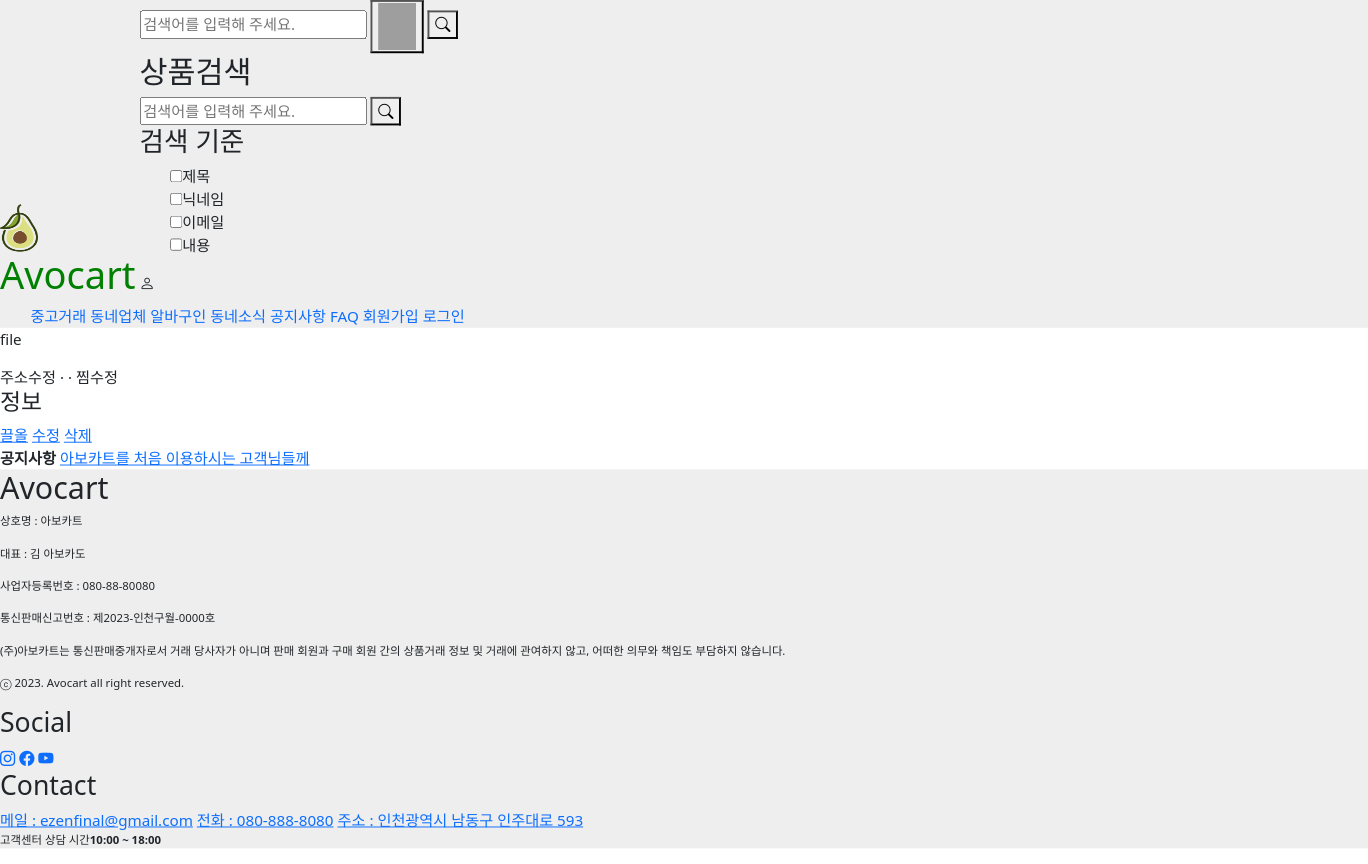
Repository: kimms0311/finalProject
Page: http://localhost/finalProject/WEB-INF/views/store/detail.jsp
These files come from the project's save history. The page is drawn as it stood at one moment and after the next save; the edit follows.
The browser window is 1280 px wide. The page is 1440 px wide, so the pictures cover 1440 px, including what lies to the right of the window. The pictures show the whole page, at 95% of full size.
Pictures or frames that could not be fetched are drawn as grey boxes. The page is served by Tomcat 9. Nobody is signed in. Other server files are loaded and not shown. The template is opened directly, without the code that normally fills it, so the values that code supplies are empty.

Above is the page before, as saved 2023-11-22 11:37:41.

### finalProject/src/main/webapp/WEB-INF/views/store/detail.jsp
<%@ page language="java" contentType="text/html; charset=UTF-8"
    pageEncoding="UTF-8"%>
<%@ taglib prefix="c" uri="http://java.sun.com/jsp/jstl/core"%>
<%@ taglib prefix="fn" uri="http://java.sun.com/jsp/jstl/functions" %>
<!DOCTYPE html>
<html>
<head>
<meta charset="UTF-8">
<title>Store Detail</title>
</head>
<body class="bodyContainer">
<jsp:include page="../common/header.jsp" />
<c:set value="${sdto.pvo }" var="svo"></c:set>
<!-- 사진 -->
 <c:set value="${sdto.flist }" var="flist"></c:set>
 <div>
 <label>file</label>
 	<ul>
 		<c:forEach items="${flist }" var="fvo">
 			<li>
 				<c:choose>
 					<c:when test="${fvo.fileType > 0 }">
 						<div>
 							<img alt="없음." src="/upload/product/${fn:replace(fvo.saveDir,'\\','/')}/${fvo.uuid}_${fvo.fileName}">
 						</div>
 					</c:when>
 					<c:otherwise>
  					</c:otherwise>
 				</c:choose>
 			</li>
 		</c:forEach>
 	</ul>
 </div>

<div>
	<div>${svo.proTitle}</div>
	<div>주소수정 · ${svo.proMenu} · 찜수정</div>
</div>

<div>
<section>
<h4>정보</h4>
<div style="white-space:pre;">${svo.proContent}</div>
</section>
</div>

<a href="/store/repost?bno=${svo.proBno }">끌올</a>
<a href="/store/modify?bno=${svo.proBno }">수정</a>
<a href="/store/remove?bno=${svo.proBno }" id="delBtn">삭제</a>
<script type="text/javascript" src="/resources/js/storeBoardDetail.js"></script>
<jsp:include page="../common/footer.jsp" />
</body>
</html>

### finalProject/src/main/webapp/WEB-INF/views/common/header.jsp
<%@ page language="java" contentType="text/html; charset=UTF-8"
    pageEncoding="UTF-8"%>
<%@ taglib uri="http://java.sun.com/jsp/jstl/core" prefix="c"%>
<%@ taglib uri="http://www.springframework.org/security/tags" prefix="sec" %>
<!DOCTYPE html>
<html>
<head>
<meta charset="UTF-8">
<title>Insert title here</title>
<link rel="stylesheet" href="../resources/css/page.css">
<link href="https://cdn.jsdelivr.net/npm/bootstrap@5.3.1/dist/css/bootstrap.min.css" rel="stylesheet" integrity="sha384-4bw+/aepP/YC94hEpVNVgiZdgIC5+VKNBQNGCHeKRQN+PtmoHDEXuppvnDJzQIu9" crossorigin="anonymous">
<script src="https://cdn.jsdelivr.net/npm/bootstrap@5.3.1/dist/js/bootstrap.bundle.min.js" integrity="sha384-HwwvtgBNo3bZJJLYd8oVXjrBZt8cqVSpeBNS5n7C8IVInixGAoxmnlMuBnhbgrkm" crossorigin="anonymous"></script>
<link rel="stylesheet" href="https://cdn.jsdelivr.net/npm/bootstrap-icons@1.10.5/font/bootstrap-icons.css">
</head>
<body>

<div class="headerContainer">
   <header>
      <div class="logoSec">
         <img alt="logo" src="../resources/image/avocartLogo.png">
         <h1><a href="/">Avocart</a></h1>
      </div>
      <div class="searchSec">
         <form action="/common/search" method="post">
            <input type="search" id="searchInput" placeholder="검색어를 입력해 주세요.">
            <button type="button"><img width="24" height="24" src="https://img.icons8.com/plumpy/24/macos-close.png" alt="macos-close"/></button>
            <button type="button" class="openMenu">
               <i class="bi bi-search"></i>
            </button>
            <div class="searchMenu off">
               <h2>상품검색</h2>
               <input type="search" id="keyword" name="keyword" placeholder="검색어를 입력해 주세요.">
               <button type="submit">
                  <i class="bi bi-search"></i>
               </button>
               <h3>검색 기준</h3>
               <ul>
                  <li><input type="checkbox" name="srcCondit" id="ck_title" value="title"><label for="ck_title">제목</label></li>
                  <li><input type="checkbox" name="srcCondit" id="ck_nickname" value="nickname"><label for="ck_nickname">닉네임</label></li>
                  <li><input type="checkbox" name="srcCondit" id="ck_email" value="email"><label for="ck_email">이메일</label></li>
                  <li><input type="checkbox" name="srcCondit" id="ck_content" value="content"><label for="ck_content">내용</label></li>
               </ul>
               <!-- <h3>게시판 선택</h3>
               <ul>
                  <li><input type="checkbox" name="srcCondit" id="title" value="title"><label for="title">제목</label></li>
                  <li><input type="checkbox" name="srcCondit" id="nickname" value="nickname"><label for="nickname">닉네임</label></li>
                  <li><input type="checkbox" name="srcCondit" id="email" value="email"><label for="email">이메일</label></li>
                  <li><input type="checkbox" name="srcCondit" id="content" value="content"><label for="content">내용</label></li>
               </ul> -->
               <!-- <button type="button" id="checkCondit">확인</button> -->
            </div>
         </form>
         <i id="my" class="bi bi-person"></i>
         <!-- 로그인 후 오픈되어야 할 메뉴 -->
         <sec:authorize access="isAuthenticated()">
           <sec:authentication property="principal.mvo.memEmail" var="authEmail" />
            <div id="myMenu" class="off">
               <ul>
                  <li><a href="/hmember/detail?memEmail=${authEmail }">마이페이지</a></li>
                  <li><a href="#" id="logoutLink">로그아웃</a></li>
                  <form action="/member/logout" method="post" id="logoutForm">
                       <input type="hidden" name="memEmail" value="${authEmail }">
                  </form>
               </ul>
            </div>
         </sec:authorize>
      </div>
   </header>
   <nav>
      <ul>
         <li><a href="/joongo/list">중고거래</a></li>
         <li><a href="/store/list">동네업체</a></li>
         <li><a href="/job/list">알바구인</a></li>
         <li><a href="/community/list">동네소식</a></li>
         <li><a href="#">공지사항</a></li>
         <li><a href="#">FAQ</a></li>

           <!-- 로그인 전 오픈되어야 할 메뉴 -->
         <sec:authorize access="isAnonymous()">
            <li><a href="/member/register">회원가입</a></li>
            <li><a href="/member/login">로그인</a></li>
         </sec:authorize>
      </ul>
   </nav>
</div>

<script type="text/javascript" src="/resources/js/header.js"></script>
</body>
</html>

### finalProject/src/main/webapp/WEB-INF/views/common/footer.jsp
<%@ page language="java" contentType="text/html; charset=UTF-8"
    pageEncoding="UTF-8"%>
<!DOCTYPE html>
<html>
<head>
<meta charset="UTF-8">
<title>Insert title here</title>
</head>
<body>
<footer>
	<section class="infoSec">
		<div>
			<b>공지사항</b>
			<a href="#">아보카트를 처음 이용하시는 고객님들께</a>
		</div>
	</section>
	<div class="footerContainer">
		<div class="mainSec">
			<h2>Avocart</h2>
			<p>상호명 : 아보카트</p>
			<p>대표 : 김 아보카도</p>
			<p>사업자등록번호 : 080-88-80080</p>
			<p>통신판매신고번호 : 제2023-인천구월-0000호</p>
			<p>(주)아보카트는 통신판매중개자로서 거래 당사자가 아니며 판매 회원과 구매 회원 간의 상품거래 정보 및 거래에 관여하지 않고, 어떠한 의무와 책임도 부담하지 않습니다.</p>
			<p>ⓒ 2023. Avocart all right reserved.</p>
		</div>
		<div class="socialSec">
			<h3>Social</h3>
			<a href="#"><i class="bi bi-instagram"></i></a>
			<a href="#"><i class="bi bi-facebook"></i></a>
			<a href="#"><i class="bi bi-youtube"></i></a>
		</div>
		<div class="contactSec">
			<h3>Contact</h3>
			<a href="mailto:ezenFinal@gmail.com">메일 : ezenfinal@gmail.com</a>
			<a href="tel:080-888-8080">전화 : 080-888-8080</a>
			<a href="https://kko.to/k2pByw0PdA" target="_blank">주소 : 인천광역시 남동구 인주대로 593</a>
			<p>고객센터 상담 시간<b>10:00 ~ 18:00</b></p>
		</div>
	</div>
</footer>
</body>
</html>

### finalProject/src/main/webapp/resources/css/page.css
@import url("reset.css");
@import url("global.css");

### finalProject/src/main/webapp/resources/css/global.css
.headerContainer{
}
header{
	width: 1440px;
	margin: 0 auto;
	background-color: #eeeeee;
}
header>*{
	display: inline-block;
}
header img{
	width: 40px;
	height: 50px;
}
header h1 a{
	text-decoration: none;
	color: green;
}
nav{
	width: 1440px;
	margin: 0 auto;
	background-color: #eeeeee;

}
nav ul{
	display: inline;
}
nav ul li{
	display: inline-block;
}
nav ul li a{
	text-decoration: none;

}


.bodyContainer{
	margin: 0 auto;
	width: 1440px;
}

footer .footerContainer{
	margin: 0 auto;
	width: 1440px;
	background-color: #eeeeee;

}

footer{
}
footer p{
	display: block;
	font-size: 12px;
}

Loaded but not shown: finalProject/src/main/webapp/resources/css/reset.css (common file); finalProject/src/main/webapp/resources/js/header.js (no copy from this time; the picture is the same without it); finalProject/src/main/webapp/resources/js/storeBoardDetail.js (no copy from this time; the picture is the same without it)

After the next save:
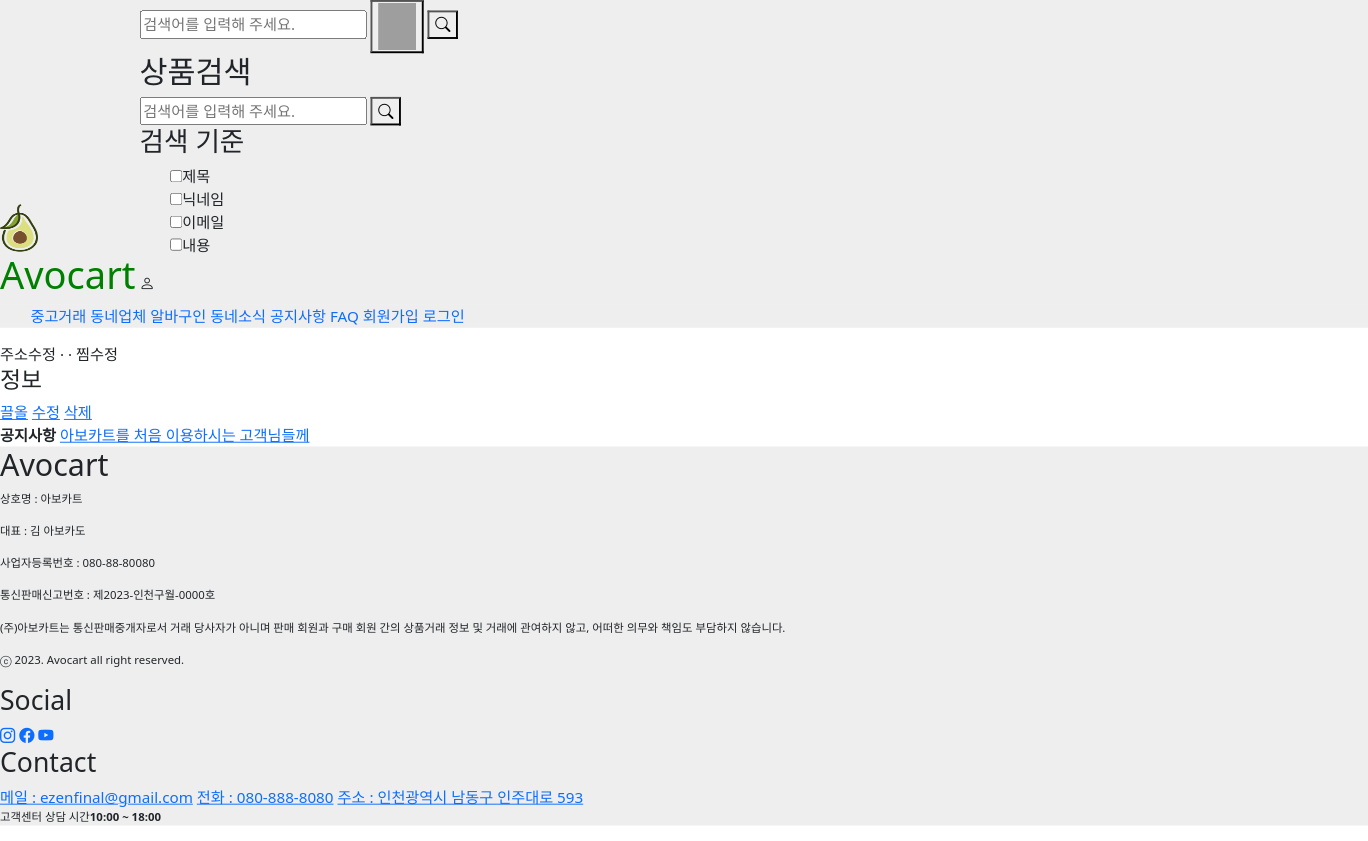
Saved 34 s later.
--- a/finalProject/src/main/webapp/WEB-INF/views/store/detail.jsp
+++ b/finalProject/src/main/webapp/WEB-INF/views/store/detail.jsp
@@ -14,7 +14,6 @@
 <!-- 사진 -->
  <c:set value="${sdto.flist }" var="flist"></c:set>
  <div>
- <label>file</label>
  	<ul>
  		<c:forEach items="${flist }" var="fvo">
  			<li>
